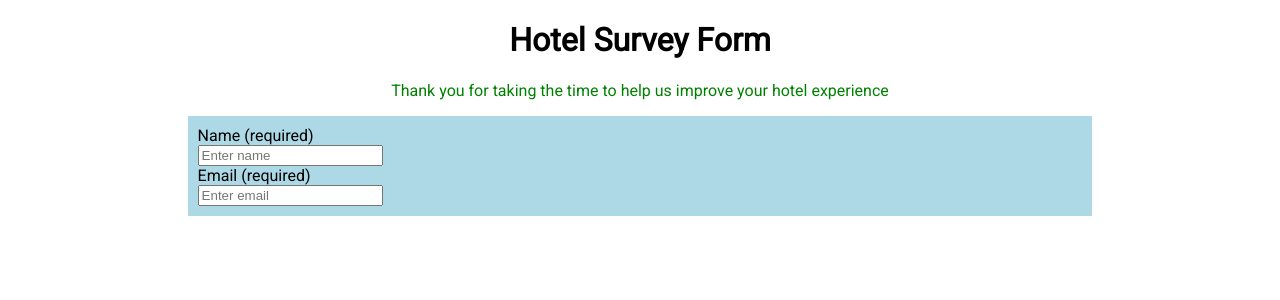
Repository: derektypist/survey-form
Page: index.html
The author's editor kept a record of every edit. The page is drawn from the files as they stood at one moment, then again after the next edit.
The browser window is 1280 px wide. The pictures show the whole page.

Above is the page before.

After the next edit:
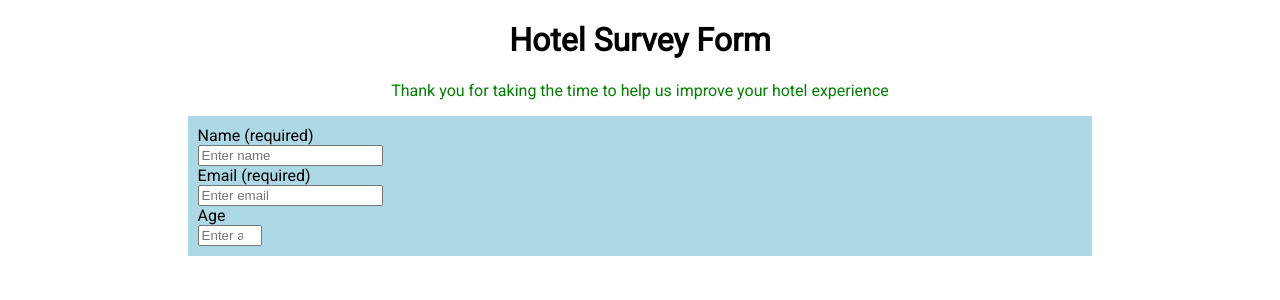
The edit:
--- a/index.html
+++ b/index.html
@@ -54,6 +54,14 @@
                 <label for="email" id="email-label">Email (required)</label>
                 <br>
                 <input type="email" id="email" placeholder="Enter email" name="email" required />
+                <br>
+
+                <!-- Set up Age (Number) Field -->
+                <label for="age" id="age-label">Age</label>
+                <br>
+                <input type="number" id="age" placeholder="Enter age (years)" name="age" min="0" max="100">
+                <br>
+
 
             </form>
         </section>
